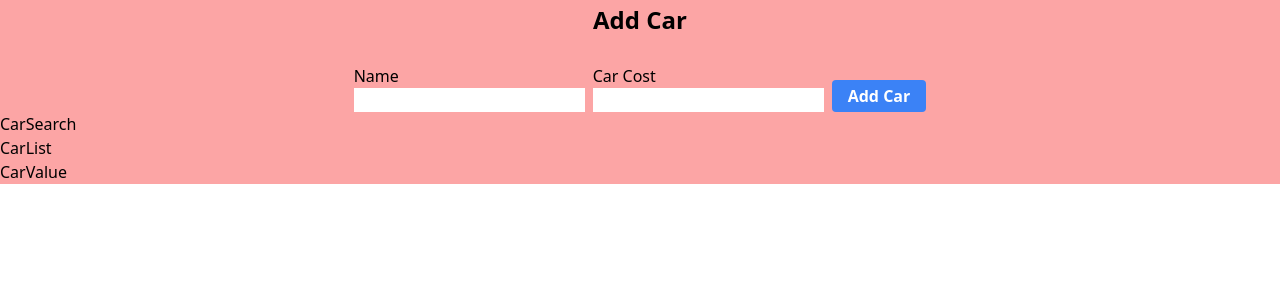
Repository: Marhamat92/carsappreduxtoolkit
Page: /
The author's editor kept a copy of each file at every save. The page is drawn from the files as they stood at one save, then again after the next save.
The browser window is 1280 px wide. The pictures show the whole page.
The project was rebuilt for these pictures with package versions that can differ from the ones it lists, and the page was loaded fresh each time.

Above is the page before, as saved 2023-01-23 21:05:13.

### src/index.js
import React from 'react';
import ReactDOM from 'react-dom/client';
import './index.css';
import App from './App';
import { Provider } from 'react-redux';
import { store } from './store'


const root = ReactDOM.createRoot(document.getElementById('root'));
root.render(
  <Provider store={store}>
    <App />
  </Provider>
);

### src/App.js
import CarForm from "./components/CarForm";
import CarList from "./components/CarList";
import CarSearch from "./components/CarSearch";
import CarValue from "./components/CarValue";


function App() {
  return (
    <div className="container mx-auto  bg-red-300">
      <CarForm />
      <CarSearch />
      <CarList />
      <CarValue />
    </div>
  );
}

export default App;

### src/store/index.js
import { configureStore } from "@reduxjs/toolkit";
import {
  carsReducer,
  addCar,
  removeCar,
  changeSearchTerm,
} from "./slices/carsSlice";
import { formReducer, changeName, changeCost } from "./slices/formSlice";

const store = configureStore({
  reducer: {
    cars: carsReducer,
    form: formReducer,
  },
})

export { store, addCar, removeCar, changeSearchTerm, changeName, changeCost };

### src/components/CarForm.js
import React from 'react'

function CarForm() {
  return (
    <div className='flex flex-col items-center justify-center'>
      <h1 className='font-bold text-2xl py-1' >Add Car</h1>
      <div className='mt-6'>
        <form className='flex flex-row space-x-2'>
          <div className='flex flex-col'>
            <label htmlFor='make'>Name</label>
            <input type='text' name='carName' id='carName' />
          </div>
          <div className='flex flex-col'>
            <label htmlFor='price'>Car Cost</label>
            <input type='text' name='price' id='price' />
          </div>
          <button className='bg-blue-500 hover:bg-blue-700 text-white font-bold  px-4 rounded mt-4' type='submit'>Add Car</button>
        </form>
      </div>
    </div>
  )
}

export default CarForm

### src/components/CarList.js
import React from 'react'

function CarList() {
  return (
    <div>CarList</div>
  )
}

export default CarList

### src/components/CarSearch.js
import React from 'react'

function CarSearch() {
  return (
    <div>CarSearch</div>
  )
}

export default CarSearch

### src/components/CarValue.js
import React from 'react'

function CarValue() {
  return (
    <div>CarValue</div>
  )
}

export default CarValue

### src/store/slices/carsSlice.js
import { createSlice, nanoid } from '@reduxjs/toolkit';

const carsSlice = createSlice({
  name: 'cars',
  initialState: {
    cars: [],
    searchTerm: ''
  },
  reducers: {
    changeSearchTerm(state, action) {
      state.searchTerm = action.payload;
    },
    addCar(state, action) {
      //Assumption:
      //action.payload is an object with the following properties:
      //name, cost, id
      state.cars.push({
        name: action.payload.name,
        cost: action.payload.cost,
        id: nanoid()
      })
    },
    removeCar(state, action) {
      //Assumption:
      //action.payload is the id of the car to remove
      const updatedCars = state.cars.filter((car) => {
        return car.id !== action.payload;
      })
      state.cars = updatedCars;
    }

  }
})

export const { changeSearchTerm, addCar, removeCar } = carsSlice.actions;
export const carsReducer = carsSlice.reducer;

### src/store/slices/formSlice.js
import { createSlice } from '@reduxjs/toolkit';

const formSlice = createSlice({
  name: 'form',
  initialState: {
    name: '',
    cost: 0
  },
  reducers: {
    changeName(state, action) {
      state.name = action.payload;
    },
    changeCost(state, action) {
      state.cost = action.payload;
    }
  }
})

export const { changeName, changeCost } = formSlice.actions;
export const formReducer = formSlice.reducer;

Loaded but not shown: public/index.html (common file); src/index.css (common file); tailwind.config.js (common file)

After the next save:
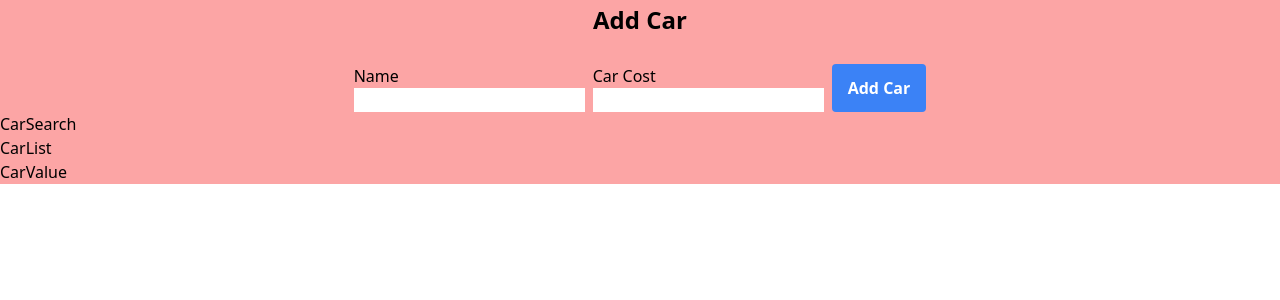
Saved 7 s later.
--- a/src/components/CarForm.js
+++ b/src/components/CarForm.js
@@ -14,7 +14,7 @@ function CarForm() {
             <label htmlFor='price'>Car Cost</label>
             <input type='text' name='price' id='price' />
           </div>
-          <button className='bg-blue-500 hover:bg-blue-700 text-white font-bold  px-4 rounded mt-4' type='submit'>Add Car</button>
+          <button className='bg-blue-500 hover:bg-blue-700 text-white font-bold  px-4 rounded ' type='submit'>Add Car</button>
         </form>
       </div>
     </div>
